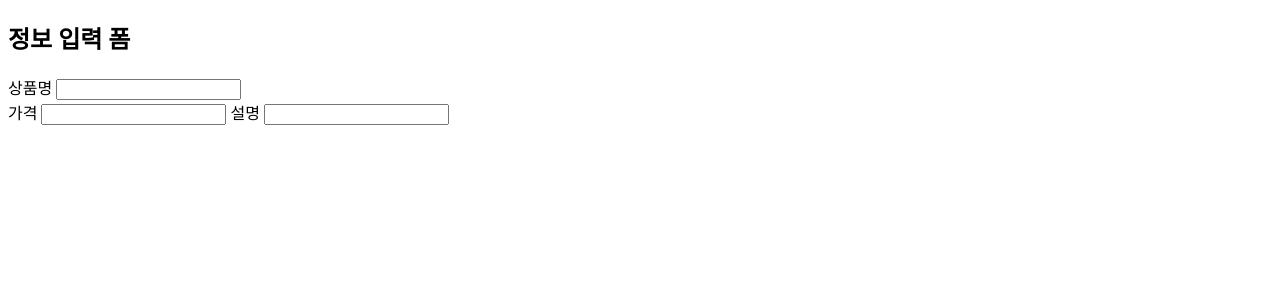
Repository: angwanghyeon/eclipse
Page: http://localhost/sec07/04_iteminfo.jsp
An editor plug-in stored every save of this project. The page is shown before and after the next save, followed by the edit.
The browser window is 1280 px wide. The pictures show the whole page.
The page is served by Tomcat 9.

Above is the page before, as saved 2023-09-04 01:24:16.

After the next save:
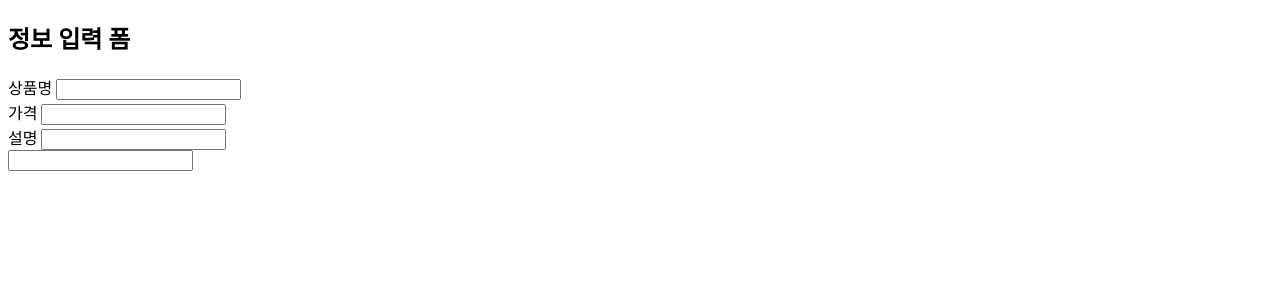
Saved 18 s later.
--- a/sec07/src/main/webapp/04_iteminfo.jsp
+++ b/sec07/src/main/webapp/04_iteminfo.jsp
@@ -13,10 +13,12 @@
 	<input type="text" id="itemname" name="itemname" required="required"><br>
 
 	<label for="price">가격</label>
-	<input type="number" id="price" name="price">
+	<input type="number" id="price" name="price"><br>
 
 	<label for="description">설명</label>
-	<input type="text" id="description" name="description">
+	<input type="text" id="description" name="description"><br>
+
+	<input>
 </form>
 </body>
 </html>
